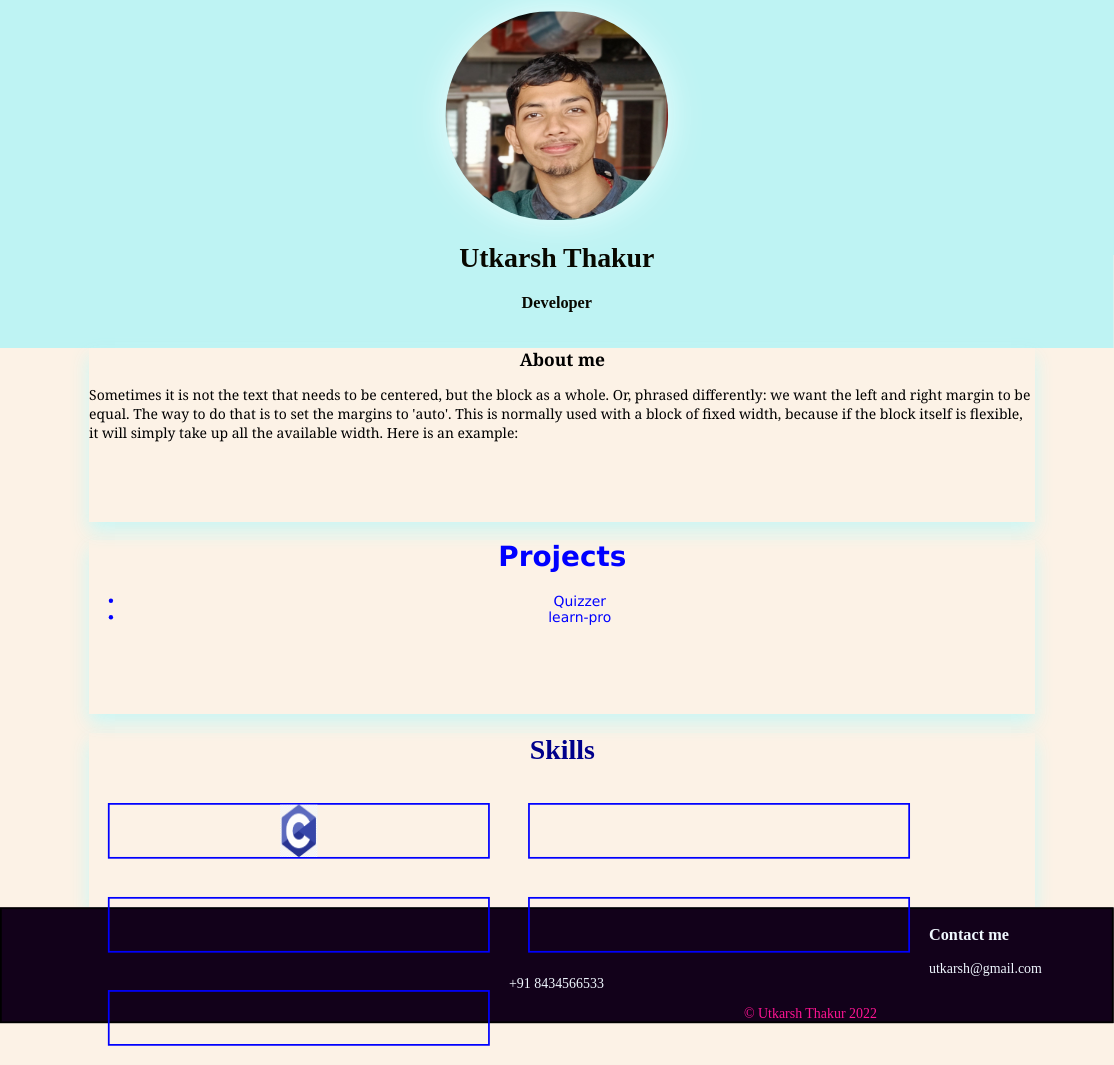
Repository: UtkarshThakur321/Utkarsh-Thakur-Profile
Page: index.html
The author's editor kept a copy of each file at every save. The page is drawn from the files as they stood at one save, then again after the next save.
The browser window is 1280 px wide. The pictures show the whole page, at 87% of full size.

Above is the page before, as saved 2022-01-23 00:04:01.
Not found: main.js

### index.html
<!DOCTYPE html>
<html>
<head>
    <meta charset='utf-8'>
    <meta http-equiv='X-UA-Compatible' content='IE=edge'>
    <title>Page Title</title>
    <meta name='viewport' content='width=device-width, initial-scale=1'>
    <link rel='stylesheet' type='text/css' media='screen' href="index.css">
    <script src='main.js'></script>
</head>
<body>
    <div id="main">
    <!-- <div id="nav">
        <h1>My Resume</h1>
    </div> -->
    <center>
        <div id="intro">
            <div id="profileImage">
                 <img src="./Utkarsh_dp.jpg" alt="DP_Utkarsh__Thakur"
                 width="180" height="170">
            </div>
            <div id="profileName">
                <h1>Utkarsh Thakur</h1>
                <h3>Developer</h3>
            </div>

            <div>


             </div>
        </div>
    </center>



  <div id="aboutMe">
    <div id="aboutMeHeading">
        About me
    </div>
    <div id="aboutMeContent">
        <p>
            Sometimes it is not the text that needs to be centered, but the block as a whole. Or, phrased differently: we want the left and right margin to be equal. The way to do that is to set the margins to 'auto'. This is normally used with a block of fixed width, because if the block itself is flexible, it will simply take up all the available width. Here is an example:
        </p>
    </div>
  </div>



<div id="projects">
    <h1>Projects</h1>
    <ul>
        <li>Quizzer</li>
        <li>learn-pro</li>
    </ul>
</div>



    <div id="skills">
        <h1>Skills</h1>
        <div class="skillsContent">
            <img src="c_programming.png" alt="c_programming">
        </div>
        <div class="skillsContent">

        </div>
        <div class="skillsContent">

        </div>
        <div class="skillsContent">

        </div>
        <div class="skillsContent">

        </div>

    </div>

    <div id="footer">
        <div id="footerContent">
            <h3>Contact me</h3>
        <p>
            utkarsh@gmail.com<br>
            +91 8434566533

        </p>
            <div id="copyright">
         &copy; Utkarsh Thakur 2022
            </div>
        </div>
        </div>

    </div>



</body>
</html>

### index.css
body{
    width:100%;
    margin:0px;
    background-color: rgb(252, 242, 230);

}


#intro{
    /* background-image:url("./bg.jpg"); */
    background-color: rgb(190, 243, 243);
    height: 400px;
}


#profileImage>img{
    margin-top: 1%;
    height:240px;
    width:20%;
    border-radius: 130px;
    box-shadow: 0px 0px 40px rgb(235, 253, 253);
}
#profileName{
    color:rgb(8, 8, 0);
    font-family: cursive;
}

#aboutMe{
    width:85%;
    height:200px;
    /* border:2px solid green; */
    margin-left:8%;
    box-shadow: 0px 10px 20px rgba(195, 247, 247, 0.911);
}


#aboutMeHeading{
    text-align:center;
    font-family: Georgia, 'Times New Roman', Times, serif;
    font-size:20px;
    font-weight: bold;
}
#aboutMeContent{

    font-family: Georgia, 'Times New Roman', Times, serif;
    font-size:16px;

}

#projects{
    width:85%;
        height:200px;
        /* border:2px solid green; */
        margin-left:8%;
        box-shadow: 0px 10px 20px rgba(195, 247, 247, 0.911);
    font-family: Verdana, Geneva, Tahoma, sans-serif;
    color:blue;
    text-align: center;

}



#skills{
        width:85%;
        height:200px;
        /* border:2px solid green; */
        margin-left:8%;
        box-shadow: 0px 10px 20px rgba(195, 247, 247, 0.911);

}

#skills{
    color:darkblue;
    font-weight: 400;
    text-align: center;

}
.skillsContent{
    height:60px;
    margin:2%;
    width:40%;
    float:left;


    border:2px solid blue;

}
.skillsContent>img{
    height:60px;
    width:10%;
}

hr{
    margin:0px;
}

#nav{
    height:50px;
    display:content;
    text-align: center;
    font-weight: 900;
    color:black;}
    /* text-align: center;
    font-family: Verdana, Geneva, Tahoma, sans-serif;
} */



.img{
    height:10px;
    width:10%;
}

#footer{
    background-color: rgb(18, 1, 26);
}
#footerContent{
    border:2px solid black;
    color:aliceblue;

}

/* #footer{
    text-align: center;
} */
#copyright{
    text-align: center;
    color:deeppink
}

After the next save:
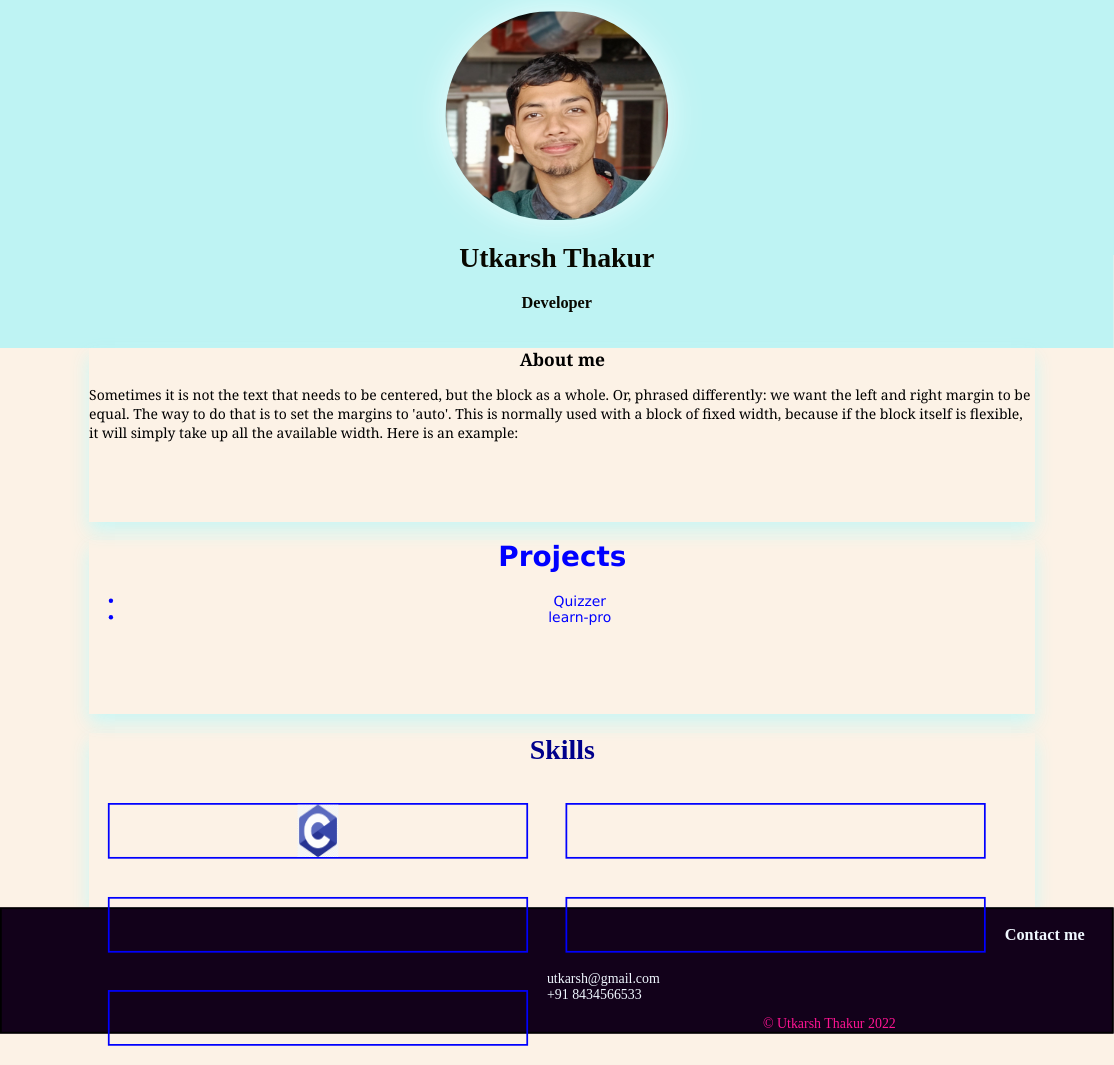
Saved 5 s later.
--- a/index.css
+++ b/index.css
@@ -79,7 +79,7 @@ body{
 .skillsContent{
     height:60px;
     margin:2%;
-    width:40%;
+    width:44%;
     float:left;
 
 
